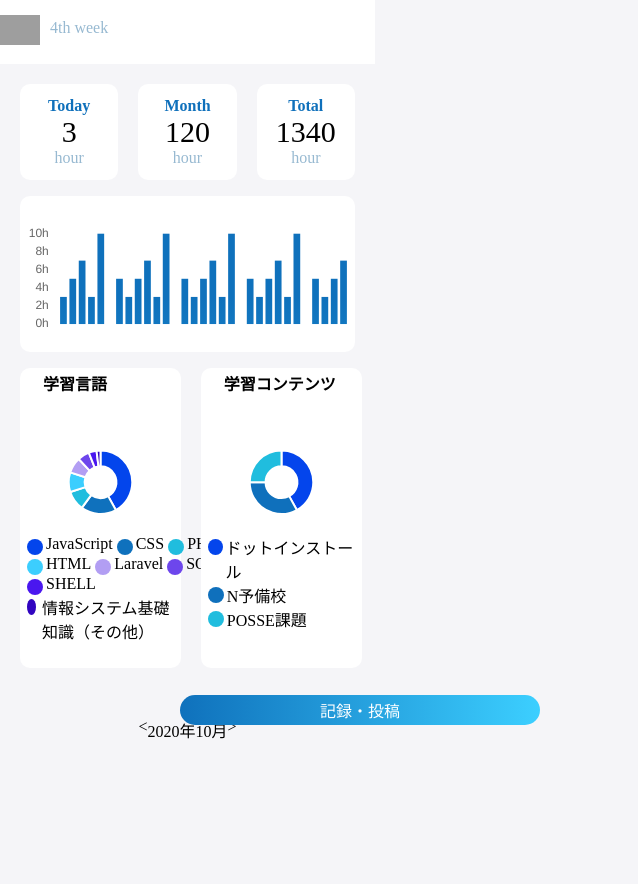
Repository: posse-ap/gen2.0-kamibayasitaito
Page: app/app.html
An editor plug-in stored every save of this project. The page is shown before and after a run of saves, followed by the edit.
The browser window is 375 px wide. The page is 638 px wide, so the pictures cover 638 px, including what lies to the right of the window. The pictures show the whole page.
Pictures or frames that could not be fetched are drawn as grey boxes. Some web libraries are served in a nearby version.

Above is the page before, as saved 2021-11-26 18:55:03.

After the next 2 saves:
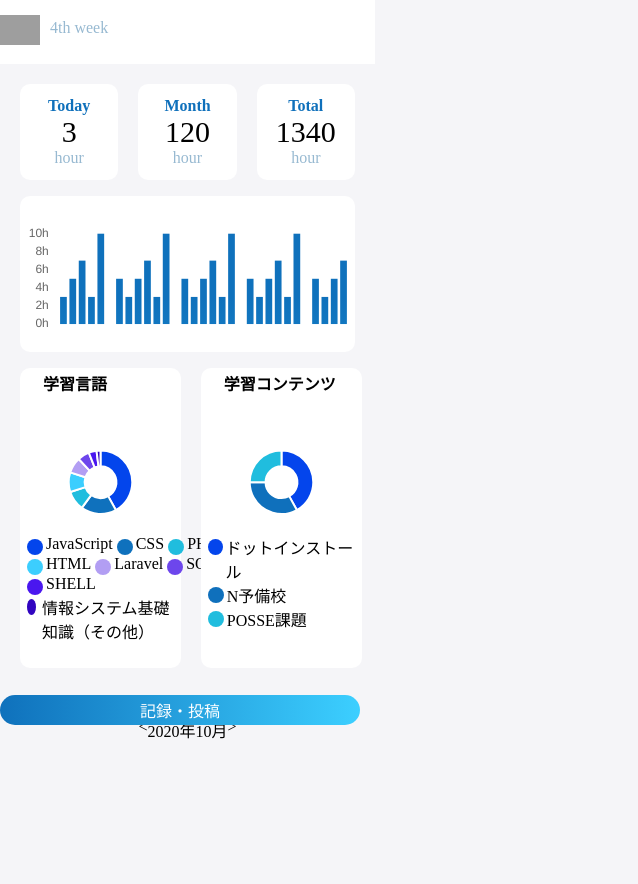
The 2 saves are shown as one change because they came seconds apart.
The last was saved 14 s later.
--- a/app/app_smartphone.css
+++ b/app/app_smartphone.css
@@ -323,7 +323,7 @@
             color: white;
               height: 30px;
               width:360px ;
-              transform: translate(50%,50%);
+              transform: translateY(50%);
              border-radius: 30px;
               background: linear-gradient(to right,#0f71bc,#3ccfff);
               bottom: 90px;
